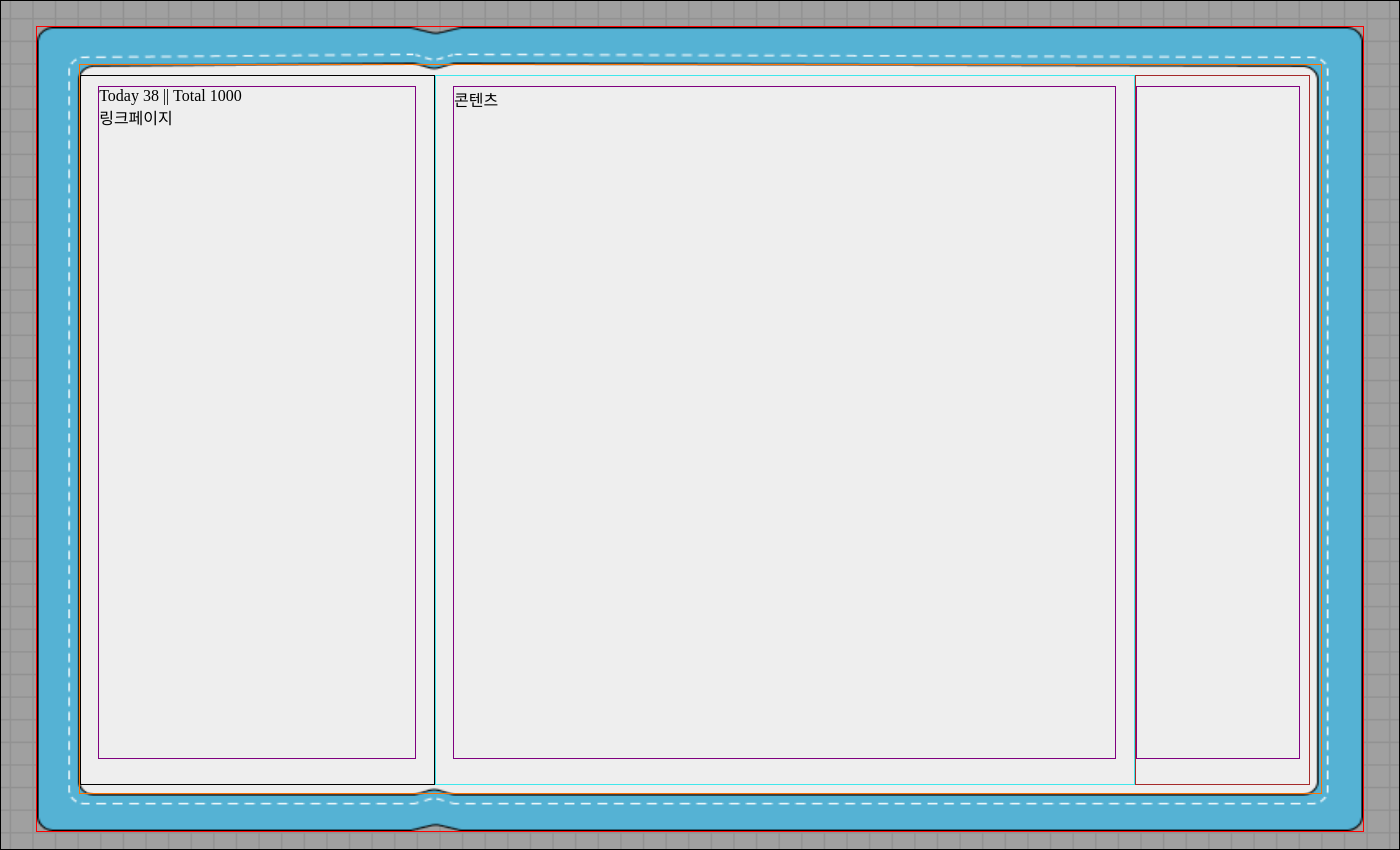
Repository: BBoBBoM/Jsp-workspace
Page: http://localhost/cyworldrenew1/visit_board.jsp
The author's editor kept a copy of each file at every save. The page is drawn from the files as they stood at one save, then again after the next save.
The browser window is 1280 px wide. The page is 1400 px wide, so the pictures cover 1400 px, including what lies to the right of the window. The pictures show the whole page.
The page is served by Tomcat 9. Queries for data that is not in the repository find no rows.

Above is the page before, as saved 2023-05-30 00:45:05.

### cyworldrenew1/src/main/webapp/visit_board.jsp
<%@ page language="java" contentType="text/html; charset=UTF-8"
    pageEncoding="UTF-8"%>
<!DOCTYPE html>
<html>
<head>
<meta charset="UTF-8">
<title>Insert title here</title>
<style>
	* {
		margin: 0 auto;
		box-sizing: border-box;
		list-style: none;
	}

	#mini_container {
		width: 1400px;
		height: 850px;
		border: 1px solid;
		position: relative;
	}

	#mini_background1 {
		width: 100%;
		height: 100%;
		background: url(background.png) no-repeat center;
		background-size: cover;
		position: absolute;
	}

	#mini_background2 {
		width: 95%;
		height: 95%;
		margin-top: 25px;
		border: 1px solid rgb(255, 0, 0);
		background: url(outer.png) no-repeat center;
		background-size: cover;
		background-size: 100% 100%;
	}

	#all_contentsdiv {
		width: 1243px;
		height: 730px;
		margin-top: 37px;
		border: 1px solid rgb(255, 115, 0);
	}


	#left_divborder {
		float: left;
		margin-top: 10px;
		width: 355px;
		border: 1px solid;
		height: 710px;

	}

	#center_divborder {
		margin-top: 10px;
		box-sizing: border-box;
		margin-right: 0px;
		width: 700px;
		float: left;
		height: 710px;
		border: 1px solid rgb(63, 231, 236);
	}

	#right_divborder {
		width: 175px;
		height: 710px;
		float: left;
		margin: 10px 0px;
		padding: 0px;
		position: relative;
		border: 1px solid brown;
	}
	#left_contents_border{width: 90%;height: 95%;margin-top: 10px; border: 1px solid purple;}
   #center_contents_border{width: 95%;height:95%;border: 1px solid purple;margin-top: 10px;}
   #right_contents_border{border: 1px solid purple;width: 95%;float: left;margin-top: 10px;height: 95%;}
</style>

<script src="https://code.jquery.com/jquery-3.6.0.min.js"></script>
<script>

    $(document).ready(function() {

        $("#left_diarymenu").load("left_contentsdiv_home1.jsp");

        $("#center_contents").load("center_diarycontents.jsp");
        $("#right_contentsdiv_border").load("right_contentsdiv.html");
    });
</script>
</head>
<body>
    <div id="mini_container">
        <div id="mini_background1">
            <div id="mini_background2">
                <div id="all_contentsdiv">
                    <div id="left_divborder">
                        <div id="left_contents_border">
                        <div id="left_contents_visitrate">
                            <label>Today 38 || Total 1000</label>
                        </div>
                        <div>링크페이지</div>
                    </div></div>

                    <div id="center_divborder">

                        <div id="center_contents_border">
                        <div id="center_subject">
                            <p>
                            </p>
                            <p>

                            </p>
                        </div>
                        <div>콘텐츠</div>
                    </div></div>
                    <div id="right_divborder">
                        <div id="right_contents_border"></div>
                    </div>
                </div>
            </div>
        </div>
    </div>
</body>

</html>

### cyworldrenew1/src/main/webapp/dbconn.jsp
<%@ page contentType="text/html; charset=UTF-8"%>
<%@ page import="java.sql.*"%>
<%
	Connection conn = null;

	try {
		String url = "jdbc:mysql://localhost:3306/cyworld";
		String user = "root";
		String password = "1111";

		Class.forName("com.mysql.jdbc.Driver");
		conn = DriverManager.getConnection(url, user, password);

	} catch (SQLException ex) {
		out.println("데이터베이스 연결이 실패되었습니다.<br>");
		out.println("SQLException: " + ex.getMessage());
	}

%>

After the next save:
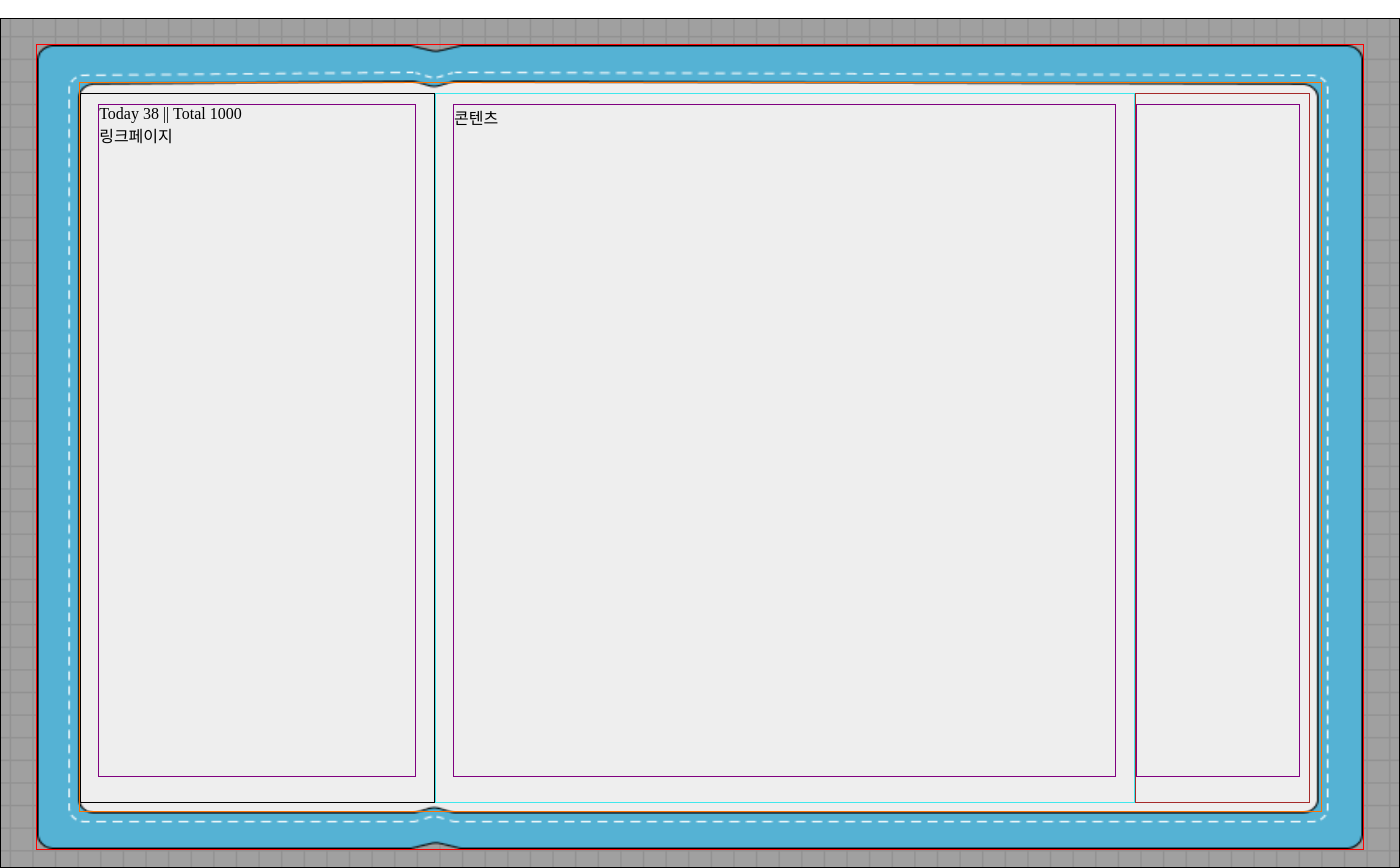
Saved 69 s later.
--- a/cyworldrenew1/src/main/webapp/visit_board.jsp
+++ b/cyworldrenew1/src/main/webapp/visit_board.jsp
@@ -1,5 +1,75 @@
+
 <%@ page language="java" contentType="text/html; charset=UTF-8"
-    pageEncoding="UTF-8"%>
+	pageEncoding="UTF-8"%>
+
+<%@ page import="java.util.*"%>
+<%@ taglib prefix="c" uri="http://java.sun.com/jsp/jstl/core"%>
+<%@ taglib prefix="sql" uri="http://java.sun.com/jsp/jstl/sql"%>
+<%@ include file="dbconn.jsp"%>
+<%--(String) session.getAttribute("sessionId"); --%>
+<%
+request.setCharacterEncoding("UTF-8");
+String user_id = "3321";
+
+
+PreparedStatement pstmt;
+List<String> visit_contents = new ArrayList<>();
+List<String> visit_date = new ArrayList<>();
+List<String> ilchon_id = new ArrayList<>();
+try {
+	String sql = "select * from visit_board where user_id=? order by diary_date DESC; ";
+	pstmt = conn.prepareStatement(sql);
+	pstmt.setString(1, user_id);
+	ResultSet rs = pstmt.executeQuery();
+	while (rs.next()) {
+		String visit_contents1 = rs.getString("visit_content");
+		String visit_date1 = rs.getString("visit_date");
+		String ilchon_id1 = rs.getString("ilchon_id");
+		visit_contents.add(visit_contents1);
+		visit_date.add(visit_date1);
+		ilchon_id.add(ilchon_id1);
+	}
+} catch (SQLException e) {
+	e.printStackTrace();
+}
+
+String cyworld_url = "";
+String user_mini_subject = "";
+String user_miniroom_file = "";
+try {
+	String sql = "select * from user where user_id=?";
+
+	pstmt = conn.prepareStatement(sql);
+	pstmt.setString(1, user_id);
+	ResultSet rs = pstmt.executeQuery();
+	while (rs.next()) {
+		cyworld_url = rs.getString("cyworld_url");
+	}
+
+
+} catch (SQLException e) {
+	e.printStackTrace();
+}
+
+String user_name = "";
+String email = "";
+String user_profile_photo = "";
+String user_hello_word = "";
+try {
+	String sql = "select * from user where user_id=?";
+
+	pstmt = conn.prepareStatement(sql);
+	pstmt.setString(1, user_id);
+	ResultSet rs = pstmt.executeQuery();
+	while (rs.next()) {
+		user_name = rs.getString("user_name");
+		email = rs.getString("email");
+	}
+
+} catch (SQLException e) {
+	e.printStackTrace();
+}
+%>
 <!DOCTYPE html>
 <html>
 <head>
@@ -76,19 +146,67 @@
 	#left_contents_border{width: 90%;height: 95%;margin-top: 10px; border: 1px solid purple;}
    #center_contents_border{width: 95%;height:95%;border: 1px solid purple;margin-top: 10px;}
    #right_contents_border{border: 1px solid purple;width: 95%;float: left;margin-top: 10px;height: 95%;}
+
+#left_contentsdiv {
+	margin-right: 0px;
+	padding: 0px;
+	width: 320px;
+	margin-left: 35px;
+	float: left;
+	height: 680px;
+	border: 1px solid rgb(219, 34, 34);
+}
+
+#left_contentsdiv1 {
+	width: 100%;
+	height: 99%;
+	border: 1px solid rgb(31, 250, 250);
+}
+
+#left_contents_userinfo {
+	height: 100%;
+	border-radius: 15px;
+	padding: 5px;
+	position: relative;
+	border: 1px solid rgb(6, 243, 38);
+}
+
+#left_contents_userinfo>div {
+	position: absolute;
+	width: 94%;
+}
+
+#user_profileimg {
+	width: 100%;
+	height: 30%;
+	border: 1px solid rgb(6, 243, 38);
+}
+
+#today_feeling {
+	height: 5%;
+	top: 32%;
+	border: 1px solid pink;
+}
+
+#myself_introduce {
+	height: 32%;
+	border: 1px solid green;
+	top: 38%;
+}
+
+#user_name_email {
+	height: 10%;
+	top: 72%;
+	border: 1px solid saddlebrown;
+}
+
+#cousin_select {
+	height: 15%;
+	top: 84%;
+	border: 1px solid salmon;
+}
 </style>
 
-<script src="https://code.jquery.com/jquery-3.6.0.min.js"></script>
-<script>
-
-    $(document).ready(function() {
-
-        $("#left_diarymenu").load("left_contentsdiv_home1.jsp");
-
-        $("#center_contents").load("center_diarycontents.jsp");
-        $("#right_contentsdiv_border").load("right_contentsdiv.html");
-    });
-</script>
 </head>
 <body>
     <div id="mini_container">
